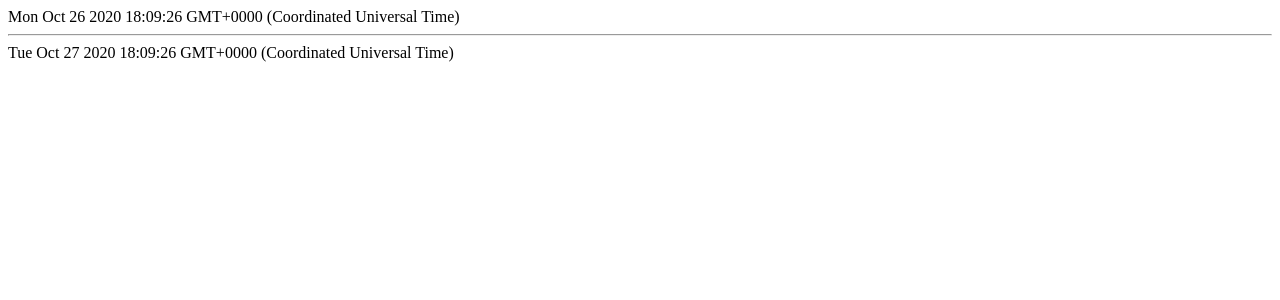
Repository: TeoNogueira/Aulas-Udemy-DevFull-Stack-Por-Jamilton-Damasceno-e-Jorge-Sant-Ana-
Page: public_project/JavaScript/function_native_datas.html
An editor plug-in stored every save of this project. The page is shown before and after the next save, followed by the edit.
The browser window is 1280 px wide. The pictures show the whole page.

Above is the page before, as saved 2020-10-26 19:17:17.

### public_project/JavaScript/function_native_datas.html
<!DOCTYPE html>
<html lang="PT_BR">
<head>
    <meta charset="UTF-8">
    <meta name="viewport" content="width=device-width, initial-scale=1.0">
    <title>Desafio</title>


    <script class="">

   //     var data = new Date()

   //  document.write(data.getDate())

   //var data = new Date()
// document.write(data.getDate() + '/' + (data.getMonth() + 1 + '/' + data.getFullYear()))

 // adicionar / remover dias


 var data = new Date()

document.write(data.toString())

data.setDate(data.getDate() + 1)

document.write('<hr />')

document.write(data.toString())













           </script>



</head>
<body>



  <!----  <script src="./scripts/desafio.js"></script>-- >
</body>
</html>

After the next save:
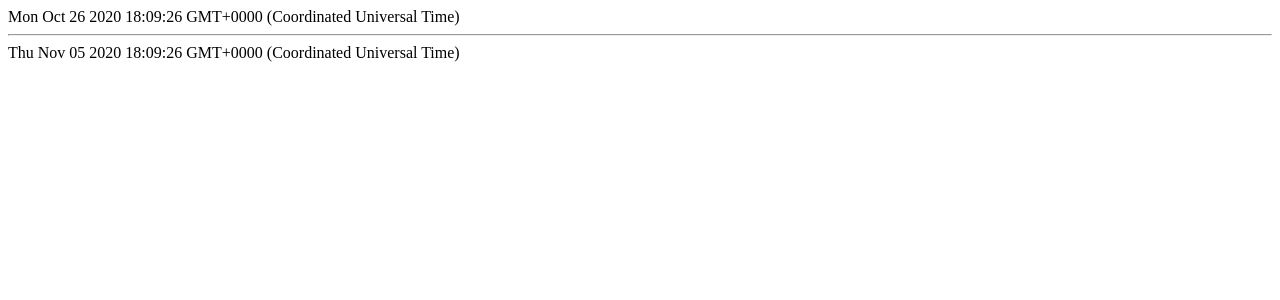
Saved 16 s later.
--- a/public_project/JavaScript/function_native_datas.html
+++ b/public_project/JavaScript/function_native_datas.html
@@ -22,7 +22,7 @@
 
 document.write(data.toString())
 
-data.setDate(data.getDate() + 1)
+data.setDate(data.getDate() + 10)
 
 document.write('<hr />')
 

After the save that followed:
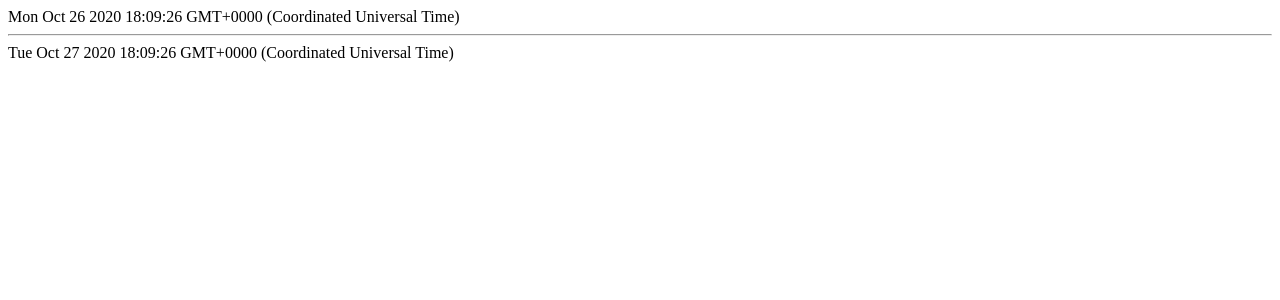
Saved 5 s later.
--- a/public_project/JavaScript/function_native_datas.html
+++ b/public_project/JavaScript/function_native_datas.html
@@ -22,7 +22,7 @@
 
 document.write(data.toString())
 
-data.setDate(data.getDate() + 10)
+data.setDate(data.getDate() + 1)
 
 document.write('<hr />')
 
